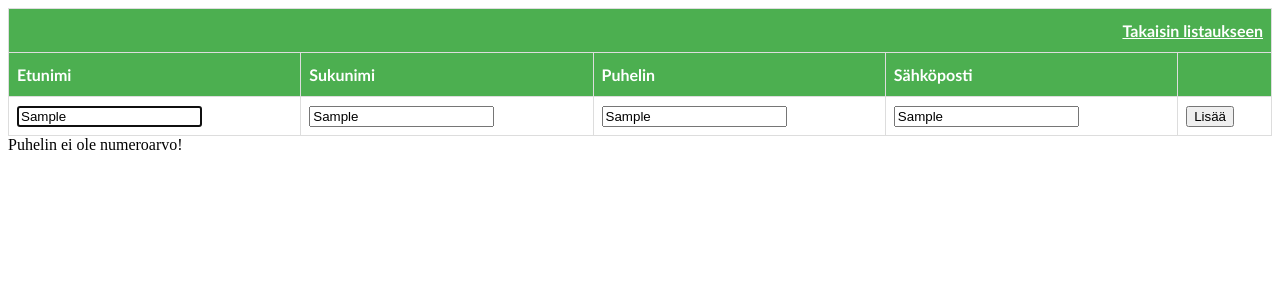
Repository: teemulin/NativeJS_Asiakas
Page: http://localhost/Asiakkaat/lisaaasiakas.jsp
The author's editor kept a copy of each file at every save. The page is drawn from the files as they stood at one save, then again after the next save.
The browser window is 1280 px wide. The pictures show the whole page.
Empty fields were first filled with sample values (such as "Sample", 5 or name@example.com).
After loading, the first visible `#tallenna` was clicked once.
The page is served by Tomcat 9.

Above is the page before, as saved 2020-05-13 14:29:21.

After the next save:
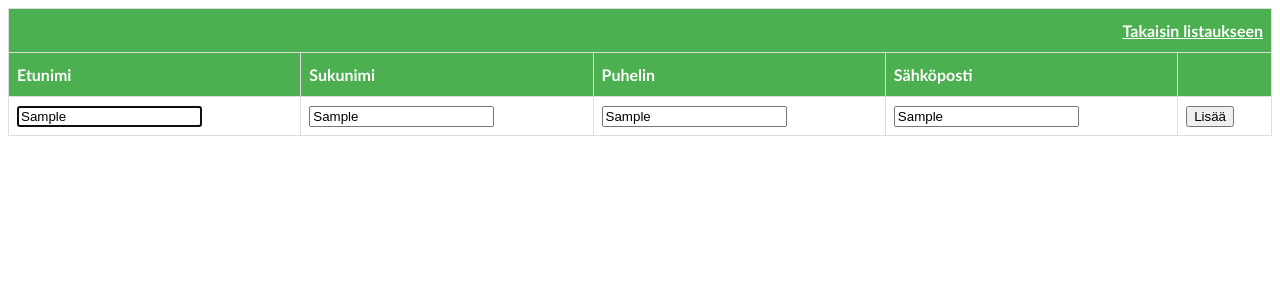
Console error: ReferenceError: formDataToJSON is not defined
Saved 56 s later.
--- a/Asiakkaat/WebContent/lisaaasiakas.jsp
+++ b/Asiakkaat/WebContent/lisaaasiakas.jsp
@@ -50,21 +50,7 @@
 
 function lisaaTiedot(){
 	var ilmo="";
-	if(document.getElementById("Etunimi").value.length<3){
-		ilmo="Etunimi ei kelpaa!";
-	}
-	else if(document.getElementById("Sukunimi").value.length<3){
-		ilmo="Sukunimi ei kelpaa!";
-	}
-	else if(document.getElementById("Puhelin").value.length<5){
-		ilmo="Puhelinnumero ei kelpaa!";
-	}
-	else if(document.getElementById("Puhelin").value*1!=document.getElementById("Puhelin").value){
-		ilmo="Puhelin ei ole numeroarvo!";
-	}
-	else if(document.getElementById("Sposti").value.length<5){
-	ilmo="Sähköposti ei kelpaa!";
-	}
+
 	if(ilmo!=""){
 		document.getElementById("ilmo").innerHTML=ilmo;
 		setTimeout(function() { document.getElementById("ilmo").innerHTML=""; }, 3000);

After the save that followed:
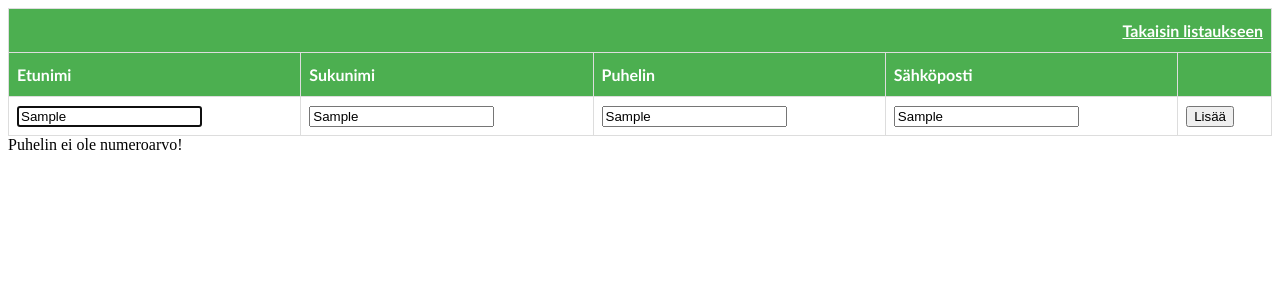
The error is gone.
Saved 16 s later.
--- a/Asiakkaat/WebContent/lisaaasiakas.jsp
+++ b/Asiakkaat/WebContent/lisaaasiakas.jsp
@@ -50,7 +50,21 @@
 
 function lisaaTiedot(){
 	var ilmo="";
-
+	if(document.getElementById("Etunimi").value.length<3){
+		ilmo="Etunimi ei kelpaa!";
+	}
+	else if(document.getElementById("Sukunimi").value.length<3){
+		ilmo="Sukunimi ei kelpaa!";
+	}
+	else if(document.getElementById("Puhelin").value.length<5){
+		ilmo="Puhelinnumero ei kelpaa!";
+	}
+	else if(document.getElementById("Puhelin").value*1!=document.getElementById("Puhelin").value){
+		ilmo="Puhelin ei ole numeroarvo!";
+	}
+	else if(document.getElementById("Sposti").value.length<5){
+	ilmo="Sähköposti ei kelpaa!";
+	}
 	if(ilmo!=""){
 		document.getElementById("ilmo").innerHTML=ilmo;
 		setTimeout(function() { document.getElementById("ilmo").innerHTML=""; }, 3000);
